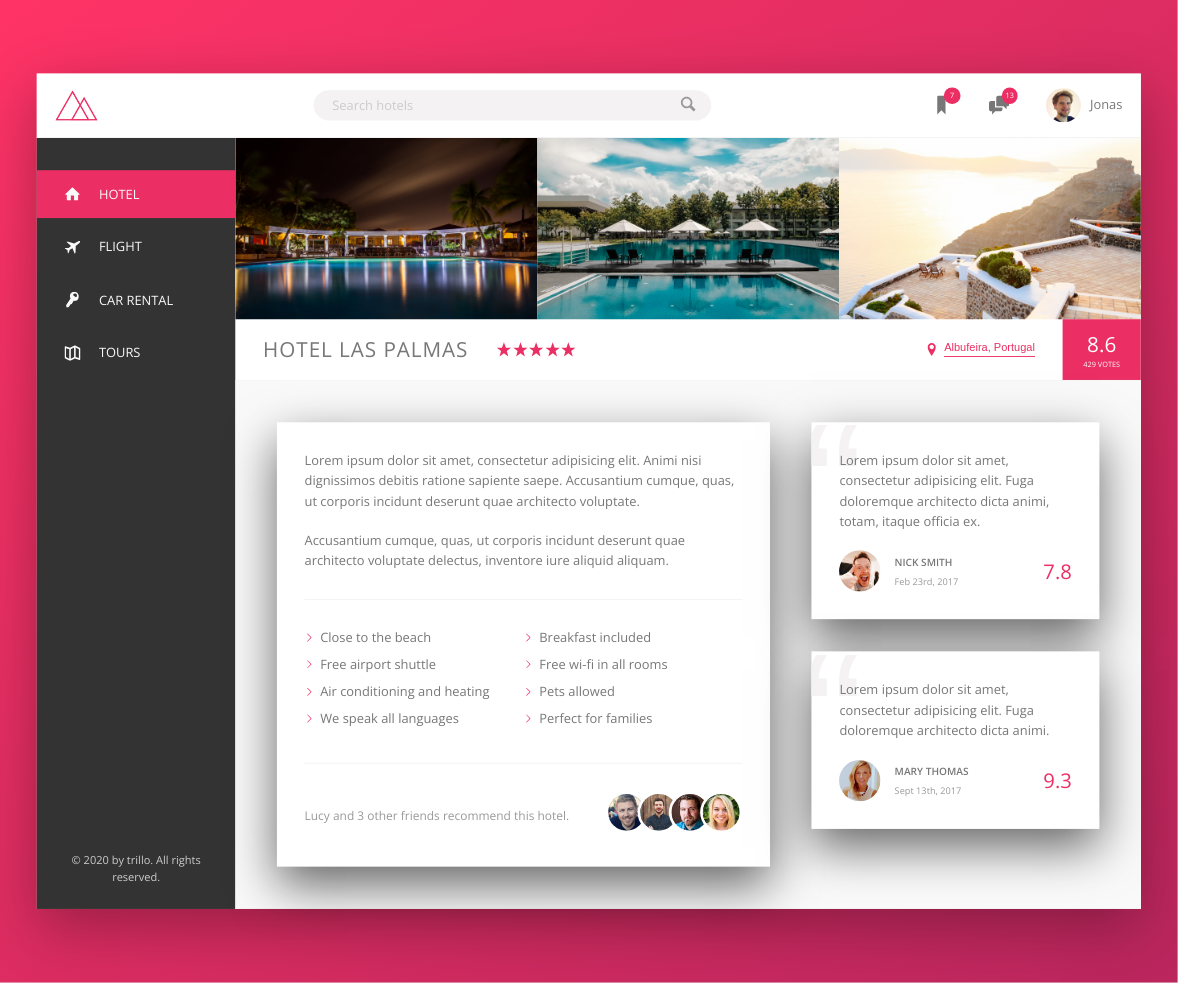
Repository: Lithium87/Trillo
Page: index.html
An editor plug-in stored every save of this project. The page is shown before and after the next save, followed by the edit.
The browser window is 1280 px wide. The pictures show the whole page, at 92% of full size.
The style sheet was rebuilt from its Sass, Less or Tailwind sources for each picture, by a compiler version that may differ from the author's.

Above is the page before, as saved 2020-05-17 02:03:29.

After the next save:
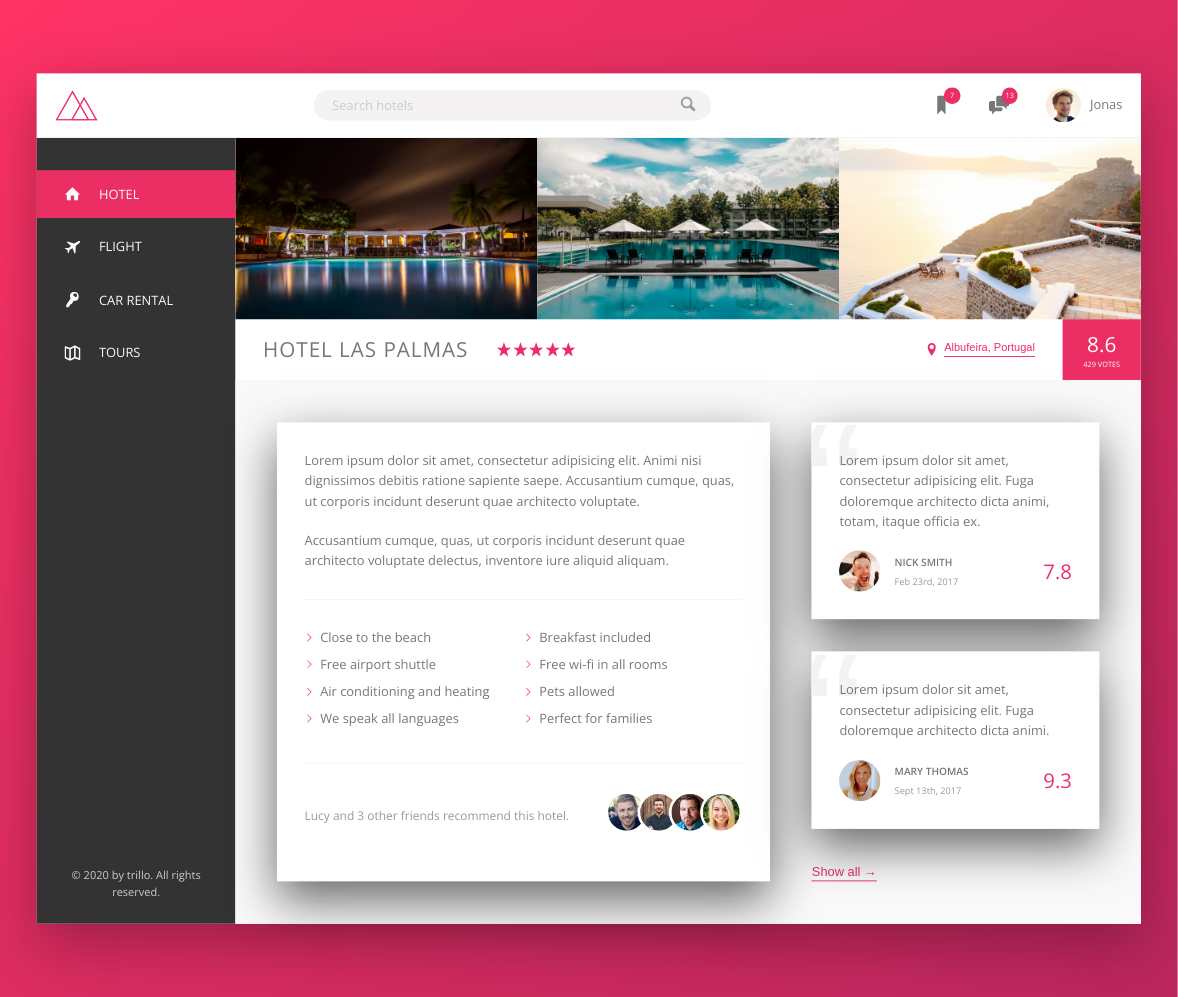
Saved 2 min 40 s later.
--- a/index.html
+++ b/index.html
@@ -183,6 +183,7 @@
                                 <div class="review__rating">9.3</div>
                             </figcaption>
                         </figure>
+                        <button class="btn-inline">Show all <span>&rarr;</span></button>
                     </div>
                 </div>
             </main>
